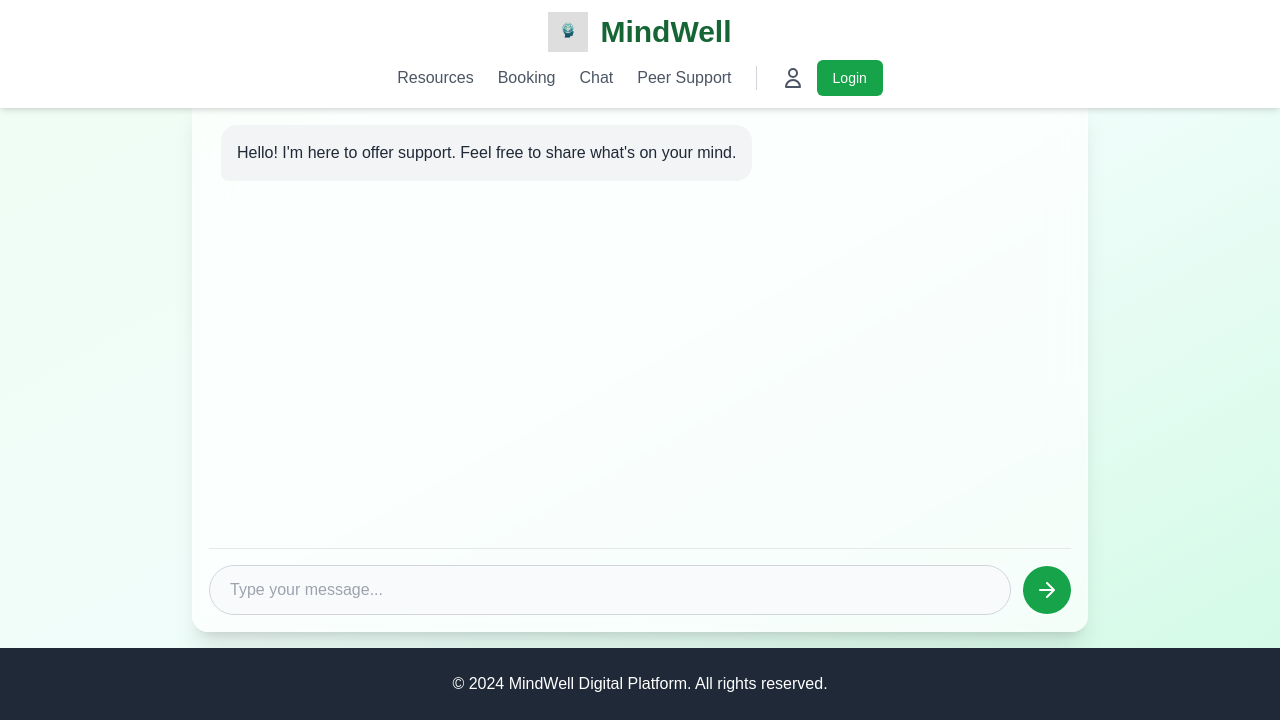
Repository: alokse24b01025/mentalhealth-project-sih-
Page: /chat (app in p1/)
These files come from the project's save history. The page is drawn as it stood at one moment and after the next save; the edit follows.
The browser window is 1280 px wide. The pictures show the whole page.
The project was rebuilt for these pictures with package versions that can differ from the ones it lists, and the page was loaded fresh each time. Also part of the build but not shown: p1/vite.config.js, p1/src/pages/HomePage.jsx, p1/src/components/ResourceCard.jsx, p1/src/data/mockResources.js, p1/src/pages/ResourcesPage.jsx, p1/src/components/CounselorCard.jsx, p1/src/data/mockCounselors.js, p1/src/pages/BookingPage.jsx and 4 more.

Above is the page before, as saved 2025-09-10 11:57:53.

### p1/index.html
<!doctype html>
<html lang="en">
  <head>
    <meta charset="UTF-8" />
    <link rel="icon" type="image/svg+xml" href="/logo.png" />
    <meta name="viewport" content="width=device-width, initial-scale=1.0" />
    <title>MINDwell</title>
  </head>
  <body>
    <div id="root"></div>
    <script type="module" src="/src/main.jsx"></script>
  </body>
</html>

### p1/src/App.jsx
import React from 'react';
import { BrowserRouter as Router, Routes, Route } from 'react-router-dom';
import { AuthProvider } from './AuthContext'; // Import the provider

// Import your pages
import HomePage from './pages/HomePage';
import ChatPage from './pages/ChatPage';
import ResourcesPage from './pages/ResourcesPage';
import BookingPage from './pages/BookingPage';
import PeerSupportPage from './pages/PeerSupportPage';
import AdminDashboard from './pages/AdminDashboard';
import LoginPage from './pages/LoginPage'; // Import the new login page
import './index.css';

function App() {
  return (
    <AuthProvider> {/* Wrap everything in AuthProvider */}
      <Router>
        <Routes>
          <Route path="/" element={<HomePage />} />
          <Route path="/chat" element={<ChatPage />} />
          <Route path="/resources" element={<ResourcesPage />} />
          <Route path="/booking" element={<BookingPage />} />
          <Route path="/peer-support" element={<PeerSupportPage />} />
         <Route path="/admin" element={<AdminDashboard />} />
          <Route path="/login" element={<LoginPage />} /> {/* Add the login route */}
        </Routes>
      </Router>
    </AuthProvider>
  );
}

export default App;

### p1/src/index.css
@tailwind base;
@tailwind components;
@tailwind utilities;

body {
  font-family: Arial, sans-serif;
  -webkit-font-smoothing: antialiased;
  -moz-osx-font-smoothing: grayscale;
}

### p1/src/AuthContext.jsx
import React, { useContext, useState, useEffect } from 'react';
import { auth } from './firebase';
import {
  onAuthStateChanged,
  signOut,
  signInWithEmailAndPassword
} from "firebase/auth";

const AuthContext = React.createContext();

// This is the function that was likely missing the 'export' keyword
export function useAuth() {
  return useContext(AuthContext);
}

export function AuthProvider({ children }) {
  const [currentUser, setCurrentUser] = useState(null);
  const [loading, setLoading] = useState(true);

  function login(email, password) {
    return signInWithEmailAndPassword(auth, email, password);
  }

  function logout() {
    return signOut(auth);
  }

  useEffect(() => {
    const unsubscribe = onAuthStateChanged(auth, user => {
      setCurrentUser(user);
      setLoading(false);
    });

    return unsubscribe;
  }, []);

  const value = {
    currentUser,
    login,
    logout
  };

  return (
    <AuthContext.Provider value={value}>
      {!loading && children}
    </AuthContext.Provider>
  );
}

### p1/src/pages/ChatPage.jsx
import React from 'react';
import Header from '../components/Header';
import Footer from '../components/Footer';
import Chatbot from '../components/Chatbot';

const ChatPage = () => {
  return (
    // This creates a full-height, vertical layout for the entire page
    <div className="h-screen flex flex-col bg-gradient-to-br from-green-50 via-teal-50 to-emerald-100">
      <Header />

      {/* This main section takes up all remaining space and centers its content */}
      <main className="flex-1 w-full flex flex-col justify-center items-center p-4 overflow-hidden">

        {/* This container holds all chat UI and fills the main area without overflowing */}
        <div className="w-full max-w-4xl flex-1 flex flex-col min-h-0">

          {/* The title is now guaranteed to be visible */}
          <div className="text-center mb-4">
            <h2 className="text-3xl font-bold text-green-900">AI-Guided First-Aid Support</h2>
            <p className="mt-1 text-gray-600">Your confidential space to talk. Type a message to begin.</p>
          </div>

          {/* The Chatbot component will fill the remaining space below the title */}
          <Chatbot />

        </div>
      </main>

      <Footer />
    </div>
  );
};

export default ChatPage;

### p1/src/firebase.js
import { initializeApp } from "firebase/app";
import { getAuth } from "firebase/auth";

// IMPORTANT: Replace this with the firebaseConfig object you copied from the Firebase console
const firebaseConfig = {
  apiKey: "YOUR_API_KEY",
  authDomain: "YOUR_AUTH_DOMAIN",
  projectId: "YOUR_PROJECT_ID",
  storageBucket: "YOUR_STORAGE_BUCKET",
  messagingSenderId: "YOUR_MESSAGING_SENDER_ID",
  appId: "YOUR_APP_ID"
};

// Initialize Firebase
const app = initializeApp(firebaseConfig);

// Export the auth instance to be used in other parts of the app
export const auth = getAuth(app);

### p1/src/components/Header.jsx
import React, { useState } from 'react';
import { Link } from 'react-router-dom';
import logo from '../assets/logo.png';
import { useAuth } from '../AuthContext';

const Header = () => {
  const { currentUser, logout } = useAuth();
  const [isLoggingOut, setIsLoggingOut] = useState(false);

  const handleLogout = async () => {
    setIsLoggingOut(true);
    try {
      await logout();
    } catch (error) {
      console.error("Failed to log out:", error);
    } finally {
      setIsLoggingOut(false);
    }
  };

  const profileIcon = (
    <svg xmlns="http://www.w3.org/2000/svg" className="h-6 w-6" fill="none" viewBox="0 0 24 24" stroke="currentColor" strokeWidth={2}>
      <path strokeLinecap="round" strokeLinejoin="round" d="M16 7a4 4 0 11-8 0 4 4 0 018 0zM12 14a7 7 0 00-7 7h14a7 7 0 00-7-7z" />
    </svg>
  );

  return (
    <header className="bg-white shadow-md fixed top-0 w-full z-50 py-3 flex flex-col items-center">

      {/* Top Row: Centered Logo and Name */}
      <div className="mb-2">
        <Link to="/" className="flex items-center justify-center gap-x-3">
          <img src={logo} alt="MindWell Logo" className="h-10 w-auto" />
          <h1 className="text-3xl font-bold text-green-800 hidden md:block">MindWell</h1>
        </Link>
      </div>

      {/* Bottom Row: Navigation Links */}
      <nav className="flex items-center justify-center flex-wrap gap-x-6 gap-y-2 px-4">
        <Link to="/resources" className="text-gray-600 hover:text-green-600 transition-colors">Resources</Link>
        <Link to="/booking" className="text-gray-600 hover:text-green-600 transition-colors">Booking</Link>
        <Link to="/chat" className="text-gray-600 hover:text-green-600 transition-colors">Chat</Link>
        <Link to="/peer-support" className="text-gray-600 hover:text-green-600 transition-colors">Peer Support</Link>

        <div className="border-l border-gray-300 h-6"></div>

        {currentUser ? (
          <div className="flex items-center space-x-3">
            <span className="text-gray-600">{profileIcon}</span>
            <button
              onClick={handleLogout}
              disabled={isLoggingOut}
              className={`text-white px-4 py-2 text-sm rounded-md transition-colors ${
                isLoggingOut
                  ? 'bg-red-300 cursor-not-allowed'
                  : 'bg-red-500 hover:bg-red-600'
              }`}
            >
              {isLoggingOut ? '...' : 'Logout'}
            </button>
          </div>
        ) : (
          <div className="flex items-center space-x-3">
            <Link to="/login" className="text-gray-600 hover:text-green-600">
              {profileIcon}
            </Link>
            <Link
              to="/login"
              className="bg-green-600 text-white px-4 py-2 text-sm rounded-md hover:bg-green-700 transition-colors"
            >
              Login
            </Link>
          </div>
        )}
      </nav>
    </header>
  );
};

export default Header;

### p1/src/components/Footer.jsx
import React from 'react';

const Footer = () => {
  return (
    <footer className="bg-gray-800 text-white p-6 text-center">
      <p>&copy; 2024 MindWell Digital Platform. All rights reserved.</p>
    </footer>
  );
};
export default Footer;

### p1/src/components/Chatbot.jsx
import React, { useState, useRef, useEffect } from 'react';

const Chatbot = () => {
  const [messages, setMessages] = useState([
    { text: "Hello! I'm here to offer support. Feel free to share what's on your mind.", sender: 'bot' }
  ]);
  const [input, setInput] = useState('');
  const [isLoading, setIsLoading] = useState(false);
  const messagesEndRef = useRef(null);

  const scrollToBottom = () => {
    messagesEndRef.current?.scrollIntoView({ behavior: "smooth" });
  };

  useEffect(scrollToBottom, [messages]);

  const handleSend = async () => {
    if (input.trim() === '') return;

    const userMessage = { text: input, sender: 'user' };
    setMessages(prev => [...prev, userMessage]);
    const currentInput = input;
    setInput('');
    setIsLoading(true);

    try {
      const response = await fetch('http://localhost:5000/api/chat', {
        method: 'POST',
        headers: {
          'Content-Type': 'application/json',
        },
        body: JSON.stringify({ message: currentInput }),
      });

      if (!response.ok) {
        throw new Error(`HTTP error! status: ${response.status}`);
      }

      const data = await response.json();
      const botMessage = { text: data.reply, sender: 'bot' };
      setMessages(prev => [...prev, botMessage]);
    } catch (error) {
      console.error("Failed to fetch from AI:", error);
      setMessages(prev => [...prev, { text: "Sorry, I'm having trouble connecting right now. Please try again later.", sender: 'bot' }]);
    } finally {
      setIsLoading(false);
    }
  };

  return (
    // --- CHANGE IS HERE ---
    // This container now grows to fill the space from its parent
    <div className="flex-1 flex flex-col bg-white/70 backdrop-blur-lg border border-white/20 shadow-xl rounded-2xl p-4 min-h-0">

      {/* This message area is now the ONLY scrollable part */}
      <div className="flex-1 overflow-y-auto mb-4 p-3 space-y-4">
        {messages.map((msg, index) => (
          <div key={index} className={`flex items-end max-w-[85%] ${msg.sender === 'user' ? 'self-end ml-auto' : 'self-start'}`}>
            <div className={`p-4 rounded-2xl ${
              msg.sender === 'user'
              ? 'bg-green-600 text-white rounded-br-lg'
              : 'bg-gray-100 text-gray-800 rounded-bl-lg'
            }`}>
              <p className="break-words">{msg.text}</p>
            </div>
          </div>
        ))}
        {isLoading && (
          <div className="flex items-end self-start">
            <div className="p-4 rounded-2xl max-w-[80%] bg-gray-100 text-gray-800 rounded-bl-lg">
              <p className="animate-pulse">AI is thinking...</p>
            </div>
          </div>
        )}
        <div ref={messagesEndRef} />
      </div>

      <div className="flex items-center border-t border-gray-200 pt-4">
        <input
          type="text"
          value={input}
          onChange={(e) => setInput(e.target.value)}
          onKeyPress={(e) => e.key === 'Enter' && !isLoading && handleSend()}
          className="flex-1 rounded-full px-5 py-3 border border-gray-300 focus:outline-none focus:ring-2 focus:ring-green-500 bg-gray-50"
          placeholder="Type your message..."
          disabled={isLoading}
        />
        <button
          onClick={handleSend}
          disabled={isLoading}
          className={`rounded-full p-3 ml-3 transition-colors ${
            isLoading
            ? 'bg-gray-300 cursor-not-allowed'
            : 'bg-green-600 text-white hover:bg-green-700'
          }`}
          aria-label="Send message"
        >
          <svg xmlns="http://www.w3.org/2000/svg" className="h-6 w-6" fill="none" viewBox="0 0 24 24" stroke="currentColor">
            <path strokeLinecap="round" strokeLinejoin="round" strokeWidth={2} d="M5 12h14M12 5l7 7-7 7" />
          </svg>
        </button>
      </div>
    </div>
  );
};

export default Chatbot;

Loaded but not shown: p1/src/main.jsx (common file); p1/tailwind.config.js (common file)

After the next save:
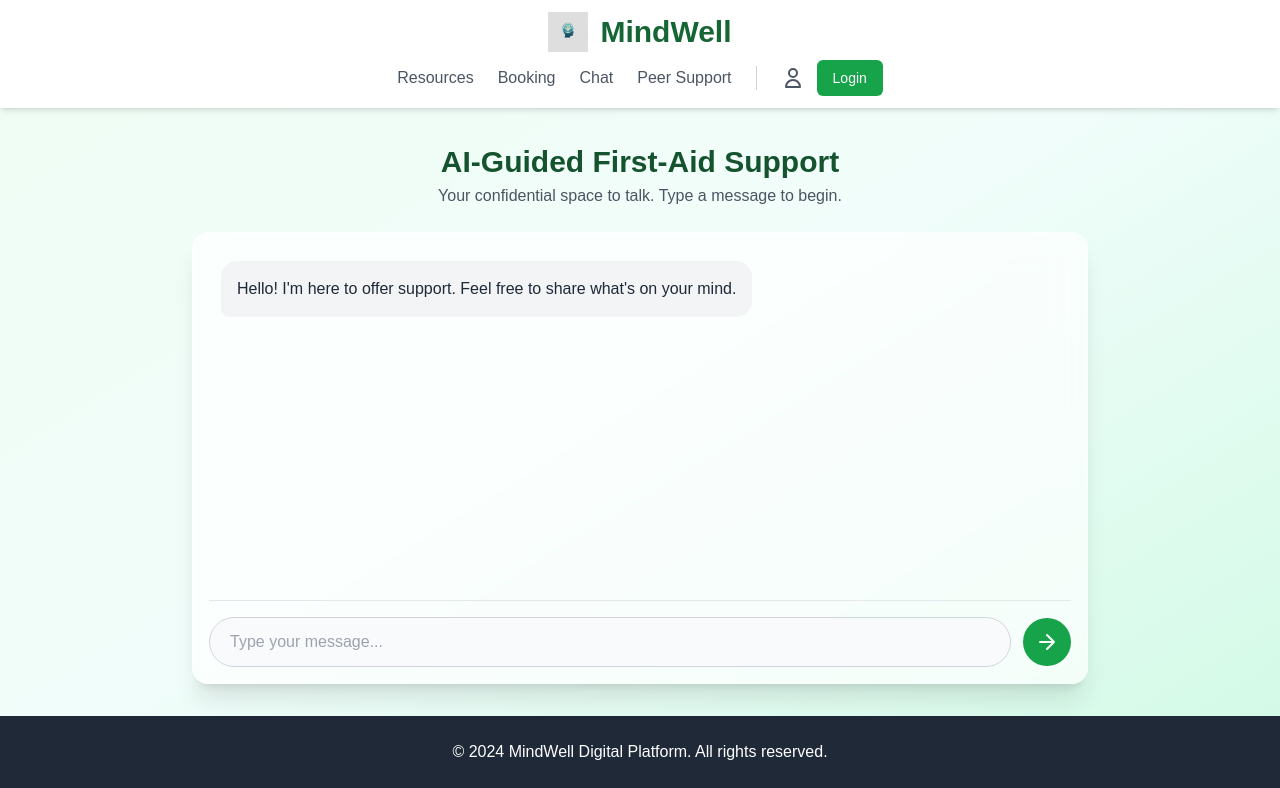
Saved 93 s later.
--- a/p1/src/pages/ChatPage.jsx
+++ b/p1/src/pages/ChatPage.jsx
@@ -5,23 +5,20 @@
 
 const ChatPage = () => {
   return (
-    // This creates a full-height, vertical layout for the entire page
-    <div className="h-screen flex flex-col bg-gradient-to-br from-green-50 via-teal-50 to-emerald-100">
+    <div className="min-h-screen flex flex-col bg-gradient-to-br from-green-50 via-teal-50 to-emerald-100">
       <Header />
 
-      {/* This main section takes up all remaining space and centers its content */}
-      <main className="flex-1 w-full flex flex-col justify-center items-center p-4 overflow-hidden">
+      {/* --- CHANGE IS HERE --- */}
+      <main className="flex-1 w-full flex flex-col justify-center items-center p-4 pt-36">
 
-        {/* This container holds all chat UI and fills the main area without overflowing */}
-        <div className="w-full max-w-4xl flex-1 flex flex-col min-h-0">
+        {/* We give the container a fixed height and stop it from flexing */}
+        <div className="w-full max-w-4xl h-[75vh] flex flex-col mb-4">
 
-          {/* The title is now guaranteed to be visible */}
-          <div className="text-center mb-4">
+          <div className="text-center mb-6">
             <h2 className="text-3xl font-bold text-green-900">AI-Guided First-Aid Support</h2>
             <p className="mt-1 text-gray-600">Your confidential space to talk. Type a message to begin.</p>
           </div>
 
-          {/* The Chatbot component will fill the remaining space below the title */}
           <Chatbot />
 
         </div>

After the save that followed:
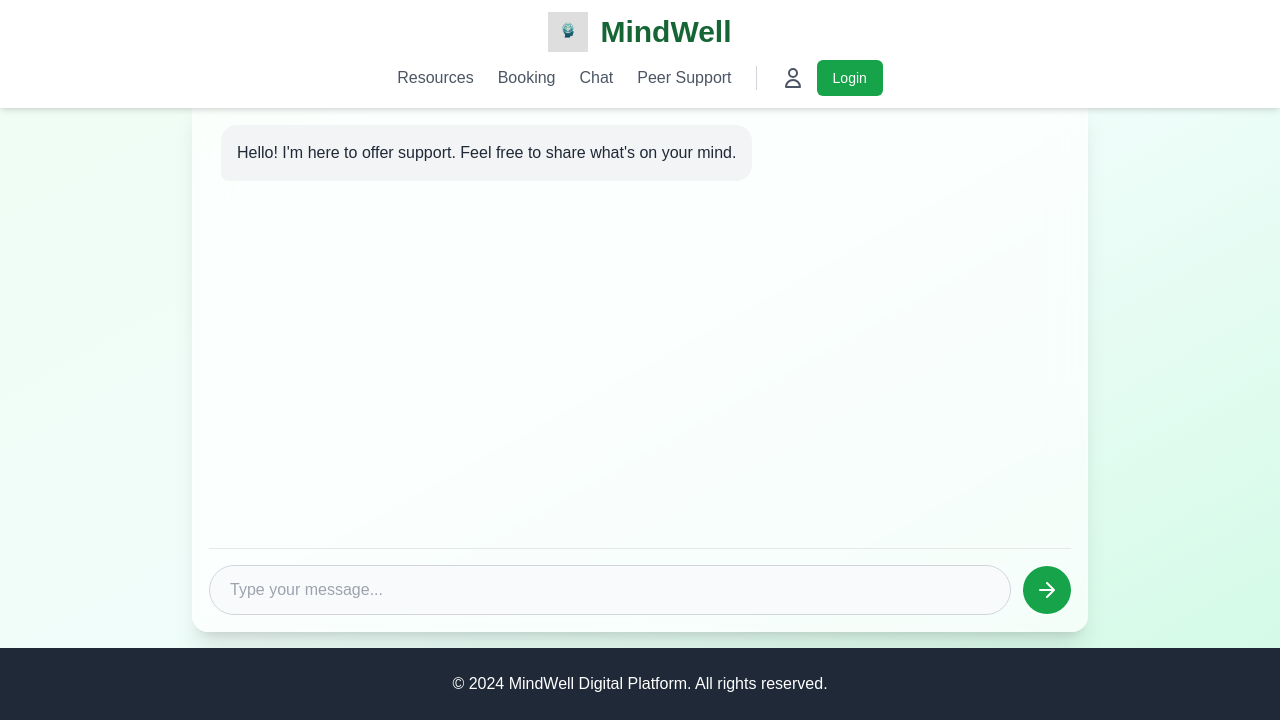
Saved 3 min 9 s later.
--- a/p1/src/pages/ChatPage.jsx
+++ b/p1/src/pages/ChatPage.jsx
@@ -5,20 +5,23 @@
 
 const ChatPage = () => {
   return (
-    <div className="min-h-screen flex flex-col bg-gradient-to-br from-green-50 via-teal-50 to-emerald-100">
+    // This creates a full-height, vertical layout for the entire page
+    <div className="h-screen flex flex-col bg-gradient-to-br from-green-50 via-teal-50 to-emerald-100">
       <Header />
 
-      {/* --- CHANGE IS HERE --- */}
-      <main className="flex-1 w-full flex flex-col justify-center items-center p-4 pt-36">
+      {/* This main section takes up all remaining space and centers its content */}
+      <main className="flex-1 w-full flex flex-col justify-center items-center p-4 overflow-hidden">
 
-        {/* We give the container a fixed height and stop it from flexing */}
-        <div className="w-full max-w-4xl h-[75vh] flex flex-col mb-4">
+        {/* This container holds all chat UI and fills the main area without overflowing */}
+        <div className="w-full max-w-4xl flex-1 flex flex-col min-h-0">
 
-          <div className="text-center mb-6">
+          {/* The title is now guaranteed to be visible and will take up only the space it needs */}
+          <div className="text-center mb-4">
             <h2 className="text-3xl font-bold text-green-900">AI-Guided First-Aid Support</h2>
             <p className="mt-1 text-gray-600">Your confidential space to talk. Type a message to begin.</p>
           </div>
 
+          {/* The Chatbot component will fill the remaining space below the title */}
           <Chatbot />
 
         </div>
